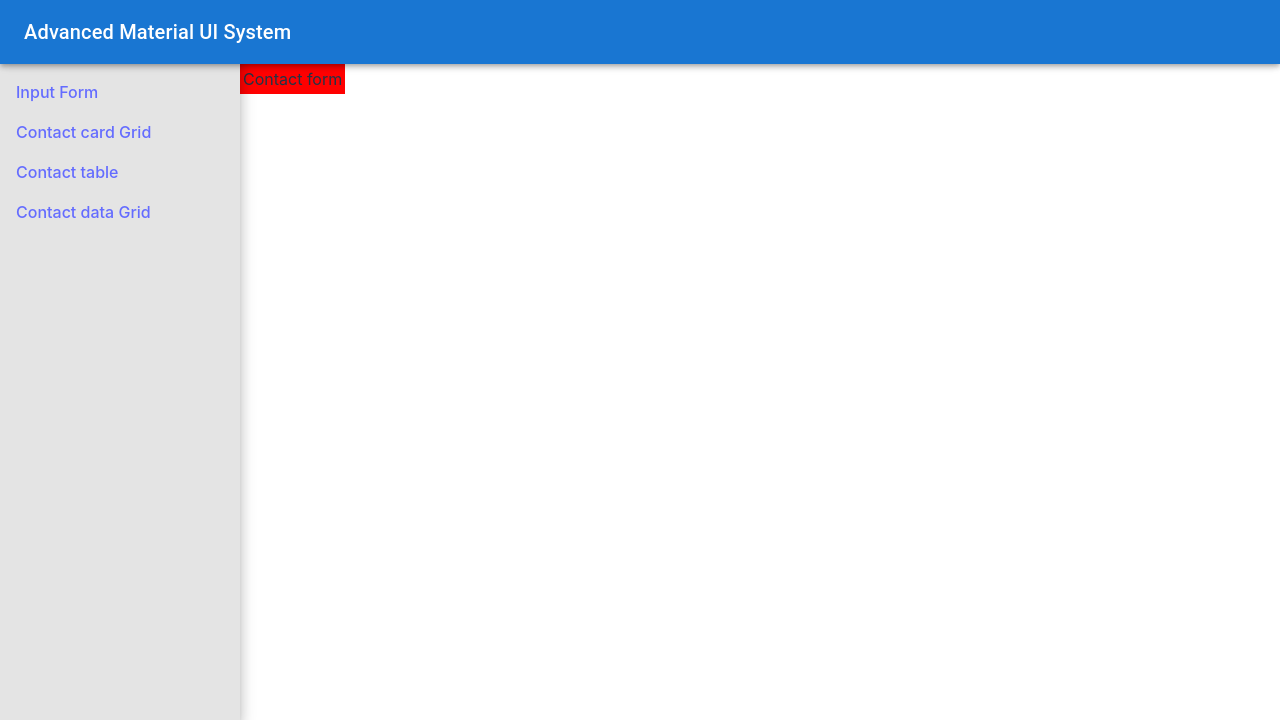
Repository: knowledgeAlan/react-mui
Page: /
The author's editor kept a copy of each file at every save. The page is drawn from the files as they stood at one save, then again after a run of saves.
The browser window is 1280 px wide. The pictures show the whole page.
The project was rebuilt for these pictures with package versions that can differ from the ones it lists, and the page was loaded fresh each time. Also part of the build but not shown: vite.config.ts, src/components/grid/ContactCardGrid.tsx, src/components/DataGrid/ContactDataGrid.tsx, src/components/table/ContactTable.tsx.

Above is the page before, as saved 2025-01-22 15:29:33.

After the next 5 saves:
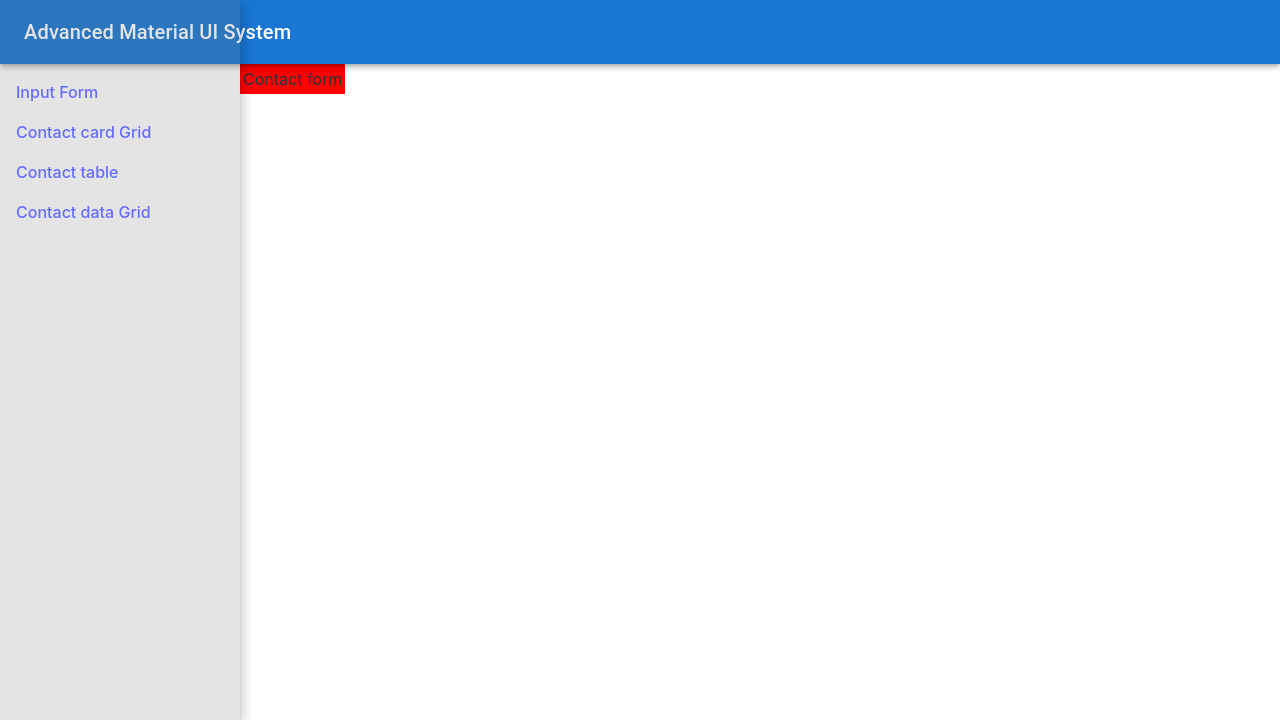
The 5 saves are shown as one change because 1 did not build or start and some came seconds apart.
The last was saved 74 s later.
--- a/src/components/Scaffold/NaviDrawer.tsx
+++ b/src/components/Scaffold/NaviDrawer.tsx
@@ -43,7 +43,7 @@
     <BrowserRouter>
     <>
 
-        <AppBar position="fixed" sx={{zIndex:9999}}>
+        <AppBar position="fixed"  sx={themeStyles(theme)}>
 
             <Toolbar>
                 <Typography variant="h6" noWrap>

After the 2 saves that followed:
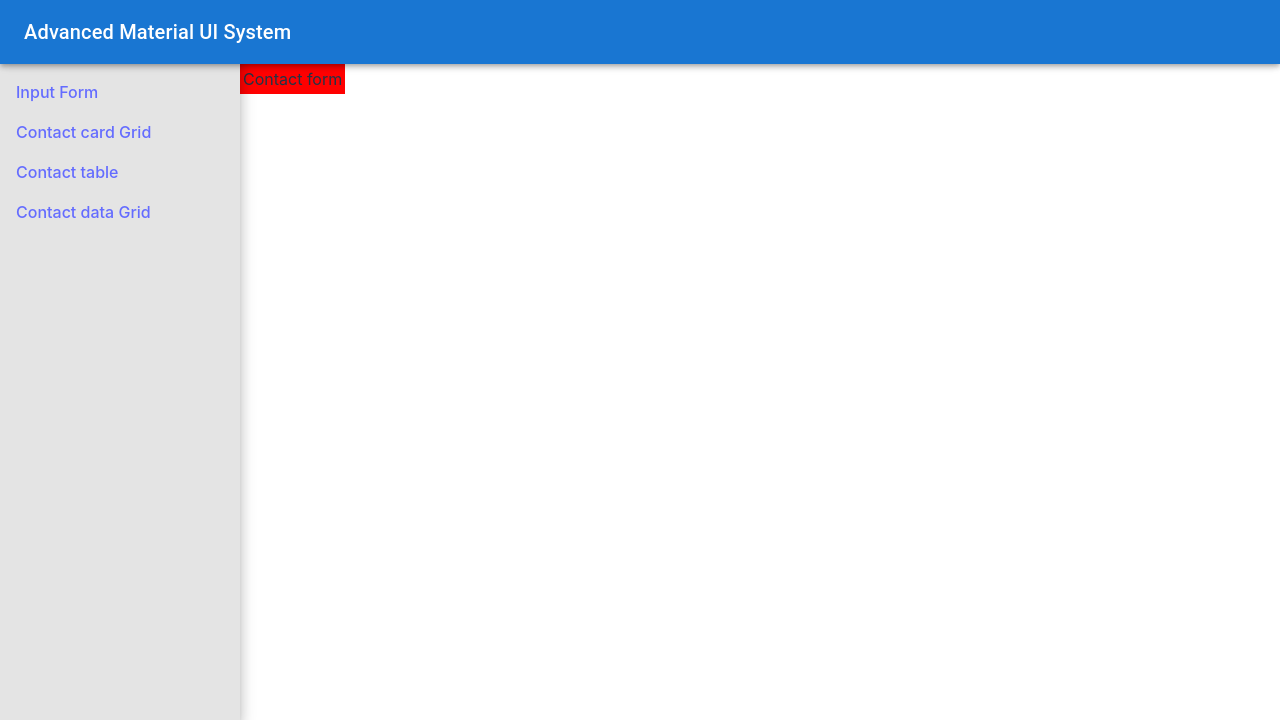
The 2 saves are shown as one change because they came seconds apart.
The last was saved 8 s later.
--- a/src/components/Scaffold/NaviDrawer.tsx
+++ b/src/components/Scaffold/NaviDrawer.tsx
@@ -43,7 +43,7 @@
     <BrowserRouter>
     <>
 
-        <AppBar position="fixed"  sx={themeStyles(theme)}>
+        <AppBar position="fixed"  sx={themeStyles(theme).appBar}>
 
             <Toolbar>
                 <Typography variant="h6" noWrap>
